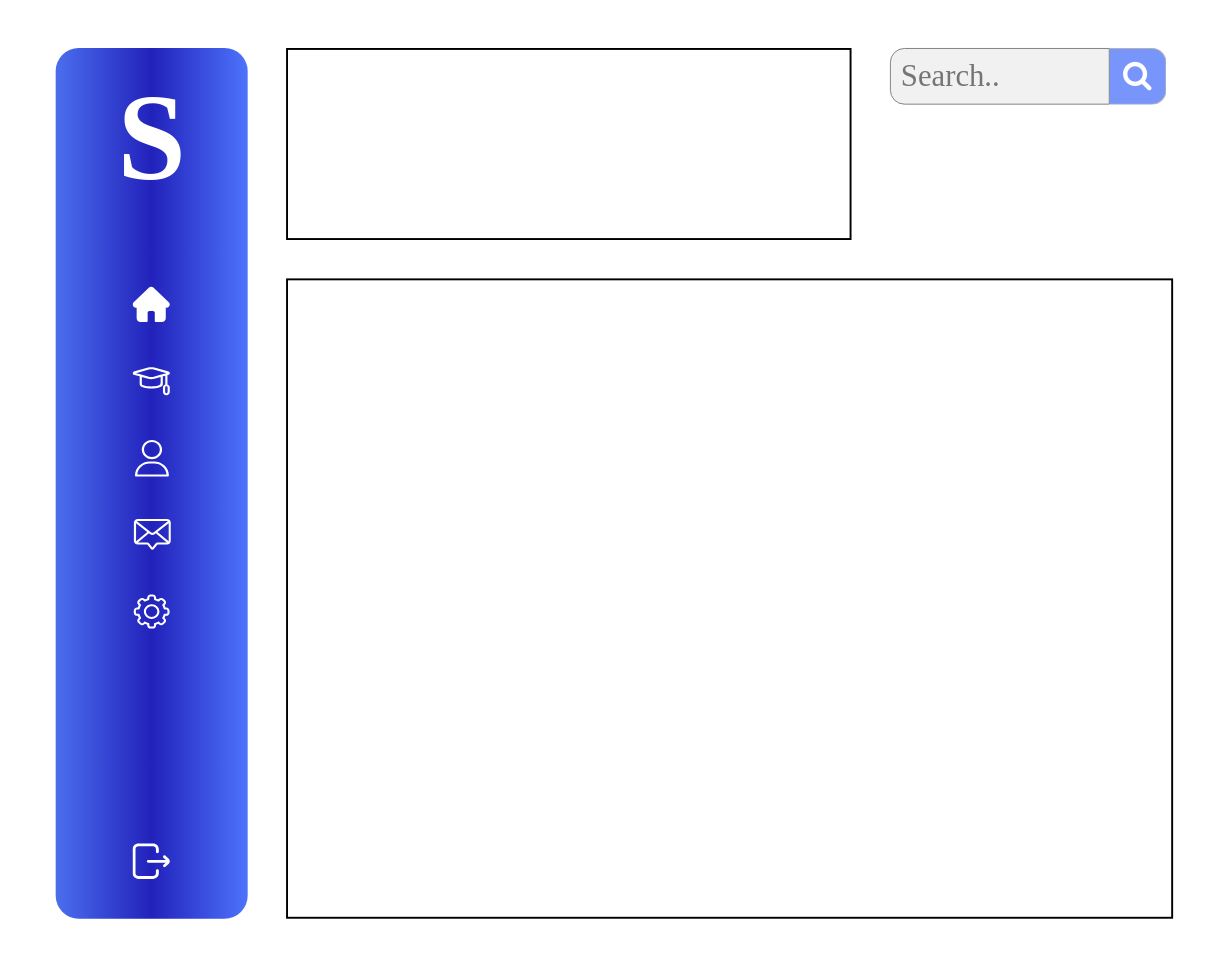
Repository: rafalzacher1/smartify-interface
Page: topics.html
These files come from the project's save history. The page is drawn as it stood at one moment and after the next save; the edit follows.
The browser window is 1280 px wide. The pictures show the whole page, at 96% of full size.
Some web fonts or font styles are not loaded; a fallback is used.

Above is the page before, as saved 2022-06-30 17:27:04.

### topics.html
<!DOCTYPE html>
<html lang="en">

<head>
    <link rel="stylesheet" href="./styles/home.css">
    <link rel="stylesheet" href="./styles/navigation.css">
    <link rel="stylesheet" href="./styles/search.css">
    <link rel="stylesheet" href="./styles/topics.css">
    <link rel="stylesheet" href="./styles/topic-header.css">
    <link rel="stylesheet" href="https://cdnjs.cloudflare.com/ajax/libs/font-awesome/4.7.0/css/font-awesome.min.css">
    <link href='https://fonts.googleapis.com/css?family=Baloo Bhai' rel='stylesheet'>
</head>

<body>
    <div id="main-container">
        <div id="navigation-container">
            <h1>S</h1>

            <nav id="navigation-options">
                <svg width="27" height="25" viewBox="0 0 27 25" fill="none" xmlns="http://www.w3.org/2000/svg">
                    <path
                        d="M25.5018 10.9867C25.5012 10.9862 25.5006 10.9856 25.5 10.985L14.8668 0.890976C14.4135 0.460518 13.8109 0.223389 13.17 0.223389C12.529 0.223389 11.9264 0.460329 11.473 0.890787L0.845318 10.9797C0.841738 10.9831 0.838158 10.9867 0.834579 10.9901C-0.0961545 11.8788 -0.0945635 13.3206 0.839153 14.207C1.26574 14.6122 1.82915 14.8469 2.43154 14.8714C2.456 14.8737 2.48066 14.8748 2.50552 14.8748H2.92932V22.3034C2.92932 23.7734 4.1892 24.9694 5.73803 24.9694H9.89809C10.3197 24.9694 10.6618 24.6449 10.6618 24.2444V18.4204C10.6618 17.7496 11.2365 17.204 11.9431 17.204H14.3968C15.1034 17.204 15.6782 17.7496 15.6782 18.4204V24.2444C15.6782 24.6449 16.02 24.9694 16.4419 24.9694H20.6019C22.1508 24.9694 23.4106 23.7734 23.4106 22.3034V14.8748H23.8036C24.4444 14.8748 25.047 14.6379 25.5006 14.2074C26.4353 13.3195 26.4357 11.8752 25.5018 10.9867V10.9867Z"
                        fill="white" />
                </svg>

                <svg width="29" height="22" viewBox="0 0 29 22" fill="none" xmlns="http://www.w3.org/2000/svg">
                    <path
                        d="M26.4228 13.5237V6.40629L26.734 6.31764C27.9305 5.97676 28.1816 5.39965 28.1816 4.97552C28.1816 4.55139 27.9304 3.97428 26.734 3.63356L16.4958 0.717713C15.8653 0.538127 15.0388 0.43924 14.1689 0.43924C13.299 0.43924 12.4726 0.538127 11.8419 0.717713L1.60382 3.63356C0.407257 3.97428 0.156067 4.55139 0.156067 4.97557C0.156067 5.3997 0.407202 5.97686 1.60376 6.31769L5.43281 7.4082V13.2841C5.43281 14.0138 5.93239 15.0416 8.31243 15.7947C9.88887 16.2936 11.9687 16.5683 14.1688 16.5683C16.3689 16.5683 18.4487 16.2936 20.0252 15.7947C22.4053 15.0415 22.9049 14.0138 22.9049 13.2841V7.40825L24.7806 6.87402V13.5237C23.7595 13.8501 23.0217 14.767 23.0217 15.8451V19.1846C23.0217 20.5351 24.179 21.6338 25.6017 21.6338C27.0242 21.6338 28.1816 20.5351 28.1816 19.1846V15.8451C28.1817 14.767 27.4439 13.8501 26.4228 13.5237ZM12.3137 2.21089C12.7886 2.07563 13.4647 1.9981 14.1689 1.9981C14.873 1.9981 15.5492 2.07563 16.024 2.21084L25.7315 4.97557L21.8438 6.08282C21.8416 6.08349 21.8394 6.08406 21.8372 6.08474L16.024 7.74036C15.5493 7.87556 14.8731 7.95309 14.169 7.95309C13.4649 7.95309 12.7886 7.87556 12.3138 7.74036L6.50073 6.08474C6.49849 6.08406 6.4963 6.08349 6.49405 6.08282L2.60639 4.97557L12.3137 2.21089ZM21.2629 11.2372C21.2629 13.3846 20.9647 13.8541 19.506 14.3157C18.0926 14.763 16.1971 15.0093 14.1689 15.0093C12.1406 15.0093 10.2452 14.763 8.83178 14.3157C7.37313 13.8541 7.07493 13.3845 7.07493 13.2841V7.87582L11.842 9.23348C12.4726 9.41307 13.299 9.51196 14.1689 9.51196C15.0388 9.51196 15.8652 9.41307 16.4959 9.23348L21.2629 7.87582V11.2372ZM26.5395 19.1845C26.5395 19.6754 26.1188 20.0748 25.6017 20.0748C25.0846 20.0748 24.6639 19.6755 24.6639 19.1845V15.845C24.6639 15.3541 25.0846 14.9546 25.6017 14.9546C26.1189 14.9546 26.5395 15.3541 26.5395 15.845V19.1845Z"
                        fill="white" />
                </svg>

                <svg width="24" height="26" viewBox="0 0 24 26" fill="none" xmlns="http://www.w3.org/2000/svg">
                    <path
                        d="M12.1698 0.827911C8.37379 0.827911 5.28546 3.75975 5.28546 7.36343C5.28546 10.9671 8.37379 13.899 12.1698 13.899C15.9659 13.899 19.0542 10.9671 19.0542 7.36343C19.0542 3.75975 15.9659 0.827911 12.1698 0.827911ZM12.1698 12.4466C9.21735 12.4466 6.81532 10.1663 6.81532 7.36343C6.81532 4.56057 9.21735 2.28025 12.1698 2.28025C15.1223 2.28025 17.5243 4.56057 17.5243 7.36343C17.5243 10.1663 15.1223 12.4466 12.1698 12.4466Z"
                        fill="white" />
                    <path
                        d="M20.7353 18.1686C18.8505 16.3518 16.3519 15.3513 13.6997 15.3513H10.64C7.98784 15.3513 5.48917 16.3518 3.60439 18.1686C1.72883 19.9765 0.695923 22.3628 0.695923 24.8883C0.695923 25.2894 1.03841 25.6145 1.46085 25.6145H22.8789C23.3013 25.6145 23.6438 25.2894 23.6438 24.8883C23.6438 22.3628 22.6109 19.9765 20.7353 18.1686ZM2.25944 24.1621C2.64267 20.043 6.25497 16.8036 10.64 16.8036H13.6997C18.0848 16.8036 21.6971 20.043 22.0803 24.1621H2.25944Z"
                        fill="white" />
                </svg>


                <svg width="27" height="23" viewBox="0 0 27 23" fill="none" xmlns="http://www.w3.org/2000/svg">
                    <path
                        d="M24.1913 0.381134H3.77551C2.23533 0.381134 0.9823 1.57067 0.9823 3.0328V15.7608C0.9823 17.223 2.23533 18.4125 3.77551 18.4125H10.353C10.4332 18.4125 10.5096 18.4491 10.5573 18.5105L12.957 21.5991C13.1975 21.9087 13.5678 22.0872 13.9729 22.089H13.979C14.3819 22.089 14.7514 21.9139 14.9937 21.608L17.4479 18.5087C17.4956 18.4484 17.5715 18.4124 17.6509 18.4124H24.1913C25.7315 18.4124 26.9845 17.2229 26.9845 15.7608V3.03276C26.9845 1.57063 25.7315 0.381134 24.1913 0.381134ZM25.4609 15.7608C25.4609 15.8747 25.4439 15.9848 25.4127 16.0892L17.5863 9.57636L25.4609 3.37251V15.7608ZM24.1913 1.8275C24.4235 1.8275 24.6413 1.88728 24.8287 1.99108L14.7964 9.8948C14.3265 10.265 13.6446 10.265 13.1747 9.8948L3.14064 1.98969C3.32753 1.88675 3.54433 1.8275 3.77551 1.8275H24.1913ZM2.55416 16.0892C2.52293 15.9848 2.50587 15.8747 2.50587 15.7608V3.36913L10.3826 9.57457L2.55416 16.0892ZM16.2301 17.6396L13.9808 20.4801L11.7834 17.6519C11.4498 17.2225 10.915 16.9661 10.3529 16.9661H3.81172L11.5698 10.5099L12.2017 11.0078C12.7186 11.415 13.3519 11.6185 13.9855 11.6185C14.6189 11.6185 15.2525 11.4148 15.7693 11.0078L16.399 10.5117L24.155 16.9661H17.6509C17.0952 16.9661 16.5641 17.2178 16.2301 17.6396Z"
                        fill="white" />
                </svg>

                <svg width="28" height="25" viewBox="0 0 28 25" fill="none" xmlns="http://www.w3.org/2000/svg">
                    <path
                        d="M14.8013 24.9227H13.1654C11.8422 24.9227 10.7657 23.9008 10.7657 22.6447V22.1193C10.2032 21.9486 9.65665 21.7333 9.13159 21.4753L8.73937 21.8477C7.7894 22.7506 6.2677 22.7241 5.34533 21.8473L4.18907 20.7497C3.26507 19.8735 3.23849 18.4294 4.18937 17.5277L4.58129 17.1556C4.30958 16.6571 4.08276 16.1384 3.90299 15.6043H3.34958C2.02648 15.6043 0.949951 14.5823 0.949951 13.3262V11.7731C0.949951 10.517 2.02648 9.4951 3.34963 9.4951H3.90304C4.08281 8.96103 4.30963 8.44223 4.58134 7.94378L4.18912 7.57148C3.2388 6.67028 3.26502 5.22602 4.18942 4.34942L5.34579 3.2517C6.2703 2.37283 7.79164 2.35089 8.73978 3.25199L9.13165 3.624C9.6567 3.3661 10.2032 3.15073 10.7658 2.98007V2.4547C10.7658 1.1986 11.8422 0.176666 13.1654 0.176666H14.8014C16.1245 0.176666 17.201 1.1986 17.201 2.4547V2.98012C17.7636 3.15073 18.3101 3.3661 18.8351 3.62405L19.2274 3.2517C20.1773 2.34876 21.699 2.37525 22.6214 3.25204L23.7777 4.34966C24.7017 5.22587 24.7283 6.66999 23.7774 7.57172L23.3854 7.94378C23.6572 8.44223 23.884 8.96098 24.0637 9.4951H24.6172C25.9403 9.4951 27.0168 10.517 27.0168 11.7731V13.3262C27.0168 14.5823 25.9403 15.6043 24.6172 15.6043H24.0637C23.884 16.1383 23.6572 16.6571 23.3854 17.1556L23.7777 17.5279C24.728 18.4291 24.7018 19.8734 23.7774 20.75L22.621 21.8477C21.6965 22.7266 20.1751 22.7485 19.227 21.8474L18.8351 21.4754C18.3101 21.7333 17.7636 21.9487 17.201 22.1193V22.6448C17.201 23.9008 16.1245 24.9227 14.8013 24.9227V24.9227ZM9.38692 19.9527C10.1163 20.3622 10.9014 20.6716 11.7203 20.8722C12.0575 20.9548 12.2931 21.2436 12.2931 21.5742V22.6447C12.2931 23.1013 12.6845 23.4727 13.1654 23.4727H14.8014C15.2824 23.4727 15.6737 23.1013 15.6737 22.6447V21.5742C15.6737 21.2436 15.9093 20.9548 16.2466 20.8722C17.0655 20.6716 17.8505 20.3622 18.5799 19.9527C18.8801 19.7842 19.2621 19.8301 19.5087 20.0641L20.3074 20.8224C20.6518 21.1497 21.2048 21.1421 21.5407 20.8227L22.6978 19.7243C23.0329 19.4066 23.0441 18.8815 22.6981 18.5535L21.899 17.7949C21.6525 17.5609 21.6042 17.1981 21.7817 16.9133C22.213 16.2208 22.5389 15.4756 22.7502 14.6981C22.8373 14.378 23.1414 14.1544 23.4897 14.1544H24.6172C25.0982 14.1544 25.4895 13.7829 25.4895 13.3263V11.7732C25.4895 11.3166 25.0982 10.9451 24.6172 10.9451H23.4897C23.1414 10.9451 22.8373 10.7214 22.7502 10.4013C22.5389 9.6239 22.213 8.87862 21.7817 8.18622C21.6042 7.90135 21.6525 7.53857 21.899 7.30454L22.6978 6.54626C23.0431 6.21886 23.0341 5.69397 22.6981 5.37541L21.5411 4.27707C21.2058 3.95827 20.6527 3.94894 20.3078 4.27678L19.5088 5.03535C19.2622 5.26942 18.88 5.31524 18.58 5.14675C17.8506 4.73724 17.0655 4.42786 16.2466 4.22724C15.9094 4.14464 15.6738 3.8559 15.6738 3.52526V2.4547C15.6738 1.99811 15.2824 1.62663 14.8014 1.62663H13.1655C12.6845 1.62663 12.2932 1.99811 12.2932 2.4547V3.52516C12.2932 3.8558 12.0576 4.14454 11.7203 4.22714C10.9014 4.42777 10.1164 4.73714 9.38697 5.14666C9.08679 5.3151 8.7047 5.26928 8.45818 5.03525L7.65948 4.27697C7.31511 3.94966 6.76205 3.95725 6.42619 4.27663L5.26911 5.37503C4.93401 5.69276 4.92281 6.21779 5.26881 6.54587L6.06787 7.30445C6.31438 7.53847 6.36265 7.90125 6.18522 8.18612C5.75385 8.87852 5.42801 9.62381 5.21667 10.4012C5.12961 10.7214 4.82547 10.945 4.47723 10.945H3.34963C2.86867 10.9451 2.47731 11.3165 2.47731 11.7731V13.3262C2.47731 13.7828 2.86867 14.1543 3.34963 14.1543H4.47718C4.82547 14.1543 5.12956 14.378 5.21662 14.6981C5.42796 15.4755 5.75385 16.2208 6.18517 16.9132C6.3626 17.1981 6.31433 17.5609 6.06782 17.7949L5.26906 18.5532C4.92378 18.8806 4.93279 19.4055 5.26876 19.724L6.42573 20.8224C6.76109 21.1412 7.31419 21.1505 7.65907 20.8226L8.45808 20.0641C8.63974 19.8917 9.01765 19.7454 9.38692 19.9527V19.9527Z"
                        fill="white" />
                    <path
                        d="M13.9834 17.9339C10.856 17.9339 8.31177 15.5185 8.31177 12.5497C8.31177 9.58082 10.856 7.16547 13.9834 7.16547C17.1107 7.16547 19.6549 9.58082 19.6549 12.5497C19.6549 15.5185 17.1107 17.9339 13.9834 17.9339ZM13.9834 8.61543C11.6982 8.61543 9.83912 10.3803 9.83912 12.5497C9.83912 14.719 11.6982 16.4839 13.9834 16.4839C16.2685 16.4839 18.1276 14.719 18.1276 12.5497C18.1276 10.3803 16.2685 8.61543 13.9834 8.61543Z"
                        fill="white" />
                </svg>


                <svg id="logout" width="27" height="26" viewBox="0 0 27 26" fill="none"
                    xmlns="http://www.w3.org/2000/svg">
                    <path
                        d="M18.5379 19.6672V21.6084C18.5379 23.7492 16.7034 25.4907 14.4484 25.4907H4.1734C1.91837 25.4907 0.0838623 23.7492 0.0838623 21.6084V4.52618C0.0838623 2.38541 1.91837 0.64386 4.1734 0.64386H14.4484C16.7034 0.64386 18.5379 2.38541 18.5379 4.52618V6.46734C18.5379 7.00343 18.0802 7.43792 17.5155 7.43792C16.9508 7.43792 16.4932 7.00343 16.4932 6.46734V4.52618C16.4932 3.45589 15.5758 2.58502 14.4484 2.58502H4.1734C3.04598 2.58502 2.12863 3.45589 2.12863 4.52618V21.6084C2.12863 22.6787 3.04598 23.5495 4.1734 23.5495H14.4484C15.5758 23.5495 16.4932 22.6787 16.4932 21.6084V19.6672C16.4932 19.1311 16.9508 18.6966 17.5155 18.6966C18.0802 18.6966 18.5379 19.1311 18.5379 19.6672ZM25.5083 11.4L23.2189 9.22667C22.8196 8.84753 22.1722 8.84753 21.773 9.22667C21.3736 9.60561 21.3736 10.2202 21.773 10.5991L23.4014 12.1452H11.1256C10.5609 12.1452 10.1032 12.5797 10.1032 13.1158C10.1032 13.6519 10.5609 14.0864 11.1256 14.0864H23.4014L21.773 15.6325C21.3736 16.0114 21.3736 16.626 21.773 17.005C21.9727 17.1945 22.2343 17.2893 22.4959 17.2893C22.7577 17.2893 23.0192 17.1945 23.2189 17.005L25.5083 14.8316C26.5049 13.8854 26.5049 12.3462 25.5083 11.4Z"
                        fill="white" />
                </svg>
            </nav>
        </div>

        <div id="search-container">
            <form class="example" action="/action_page.php" style="margin:auto;max-width:300px">
                <input type="text" placeholder="Search.." name="search2">
                <button type="submit"><i class="fa fa-search"></i></button>
            </form>
        </div>

        <div id="topic-header-container">

        </div>

        <div id="topics-container">

        </div>
    </div>
</body>

<script src="./scripts/activeLinks.js">
</script>

</html>

### styles/home.css
#main-container {
    display: grid;
    grid-template-columns: 2fr 8fr 4fr;
    grid-template-rows: 200px 200px 200px;
    gap: 40px;
    margin: 50px;
}

### styles/navigation.css
#navigation-container {
  font-family: "Baloo Bhai";
  font-size: 26px;
  background: rgb(32, 80, 251);
  background: linear-gradient(
    90deg,
    rgba(30, 74, 233, 0.8) 0%,
    rgba(10, 10, 180, 0.9) 50%,
    rgba(32, 80, 251, 0.8) 100%
  );
  border-radius: 24px;
  width: 200px;
  height: 100%;
  text-align: center;
  display: inline-block;
  grid-column: 1;
  grid-row: 1 / 5;
}

#navigation-container h1 {
  font-family: "Baloo Bhai";
  font-size: 128px;
  color: #ffffff;
  margin: 0;
  padding-top: 20px;
  padding-bottom: 60px;
}

#navigation-options svg {
  margin-left: auto;
  margin-right: auto;
  display: block;
  padding: 20px;
  height: 40px;
  width: 40px;
}

#navigation-options svg:hover {
  opacity: 0.4;
}

#logout {
  margin-top: 180px;
  margin-bottom: 20px;
}

### styles/search.css
#search-container {
  grid-column: 3;
  grid-row: 1;
}

#search-container h2 {
  font-family: "Baloo Bhai";
  font-size: 16px;
}

form.example input[type="text"] {
  padding: 10px;
  font-size: 17px;
  border: 1px solid grey;
  float: left;
  width: 70%;
  background: #f1f1f1;
  border-radius: 15px 0 0 15px;
  font-family: "Baloo Bhai";
  font-size: 32px;
}

form.example button {
  float: left;
  width: 20%;
  padding: 10px;
  background: #2050fb;
  opacity: 0.6;
  color: white;
  font-size: 17px;
  border: 1px solid grey;
  border-left: none;
  cursor: pointer;
  border-radius: 0 15px 15px 0;
  font-family: "Baloo Bhai";
  font-size: 32px;
  box-sizing: border-box;
}

form.example button:hover {
  opacity: 1;
}

form.example::after {
  content: "";
  clear: both;
  display: table;
}

### styles/topics.css
#topics-container {
  grid-column: 2 / 4;
  grid-row: 2 / 5;
  border: solid 2px black;
}

### styles/topic-header.css
#topic-header-container {
  grid-column: 2;
  grid-row: 1;
  border: solid 2px black;
}

### scripts/activeLinks.js
function showLearningHoursGraph() {
    document.getElementById("learning-hours-option").style.opacity = 1;
    document.getElementById("tests-option").style.opacity = 0.4;

    document.getElementById("learning-hours").style.display = "block";
    document.getElementById("tests").style.display = "none";
}

function showTestsGraph() {
    document.getElementById("learning-hours-option").style.opacity = 0.4;
    document.getElementById("tests-option").style.opacity = 1;

    document.getElementById("learning-hours").style.display = "none";
    document.getElementById("tests").style.display = "block";
}

function showSubjectTests() {
    document.getElementById("subject-option").style.opacity=1;

    document.getElementById("newest-option").style.opacity=0.4;
    document.getElementById("favourites-option").style.opacity=0.4;
    document.getElementById("highest-marks-option").style.opacity=0.4;
}

function showNewstTests() {
    document.getElementById("newest-option").style.opacity=1;

    document.getElementById("subject-option").style.opacity=0.4;
    document.getElementById("favourites-option").style.opacity=0.4;
    document.getElementById("highest-marks-option").style.opacity=0.4;
}

function showFavorites() {
    document.getElementById("favourites-option").style.opacity=1;

    document.getElementById("newest-option").style.opacity=0.4;
    document.getElementById("subject-option").style.opacity=0.4;
    document.getElementById("highest-marks-option").style.opacity=0.4;
}

function showHighestMarks() {
    document.getElementById("highest-marks-option").style.opacity=1;

    document.getElementById("newest-option").style.opacity=0.4;
    document.getElementById("favourites-option").style.opacity=0.4;
    document.getElementById("subject-option").style.opacity=0.4;
}

After the next save:
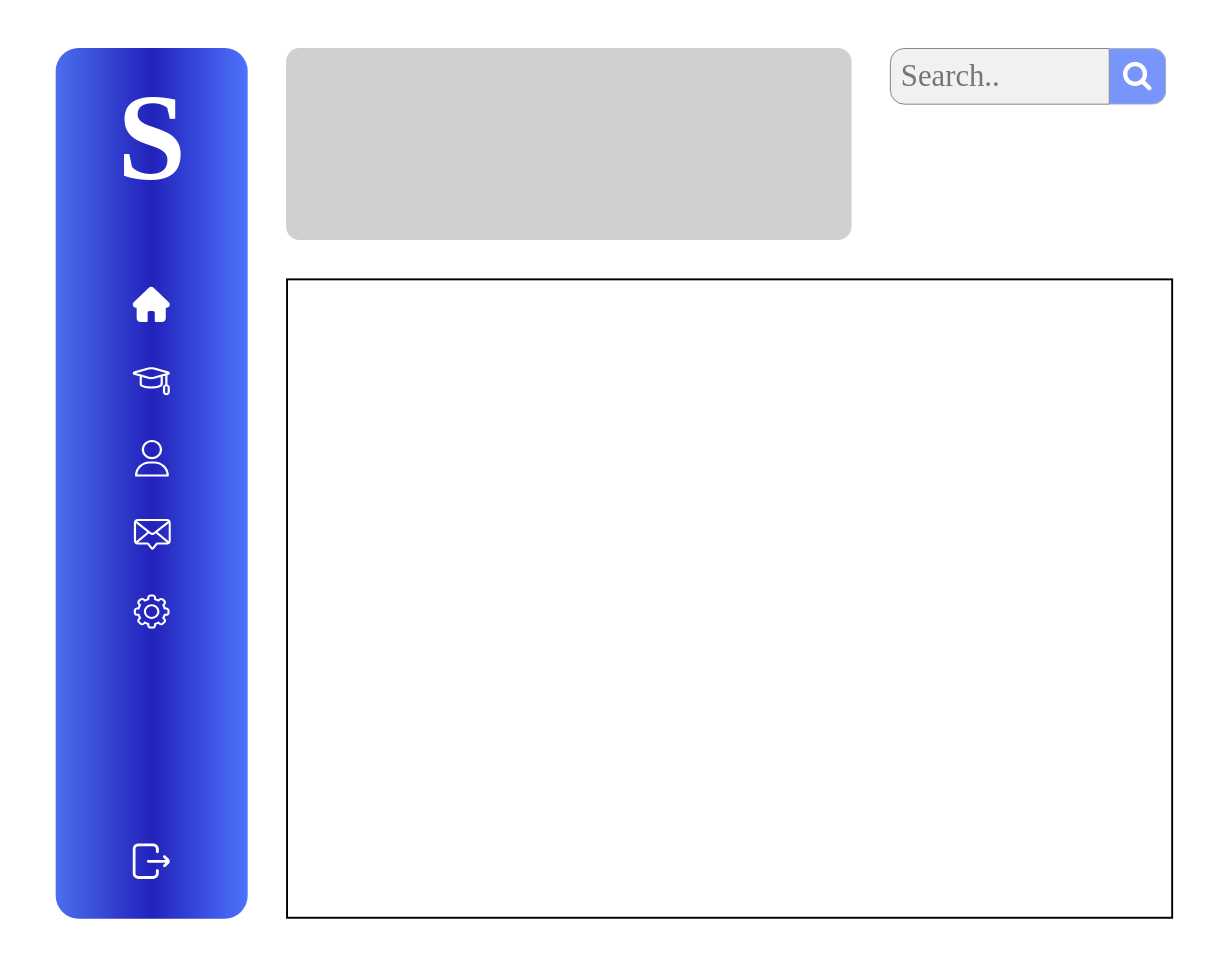
Saved 42 s later.
--- a/styles/topic-header.css
+++ b/styles/topic-header.css
@@ -1,5 +1,6 @@
 #topic-header-container {
   grid-column: 2;
   grid-row: 1;
-  border: solid 2px black;
+  background-color: #d0d0d3;
+  border-radius: 14px;
 }
